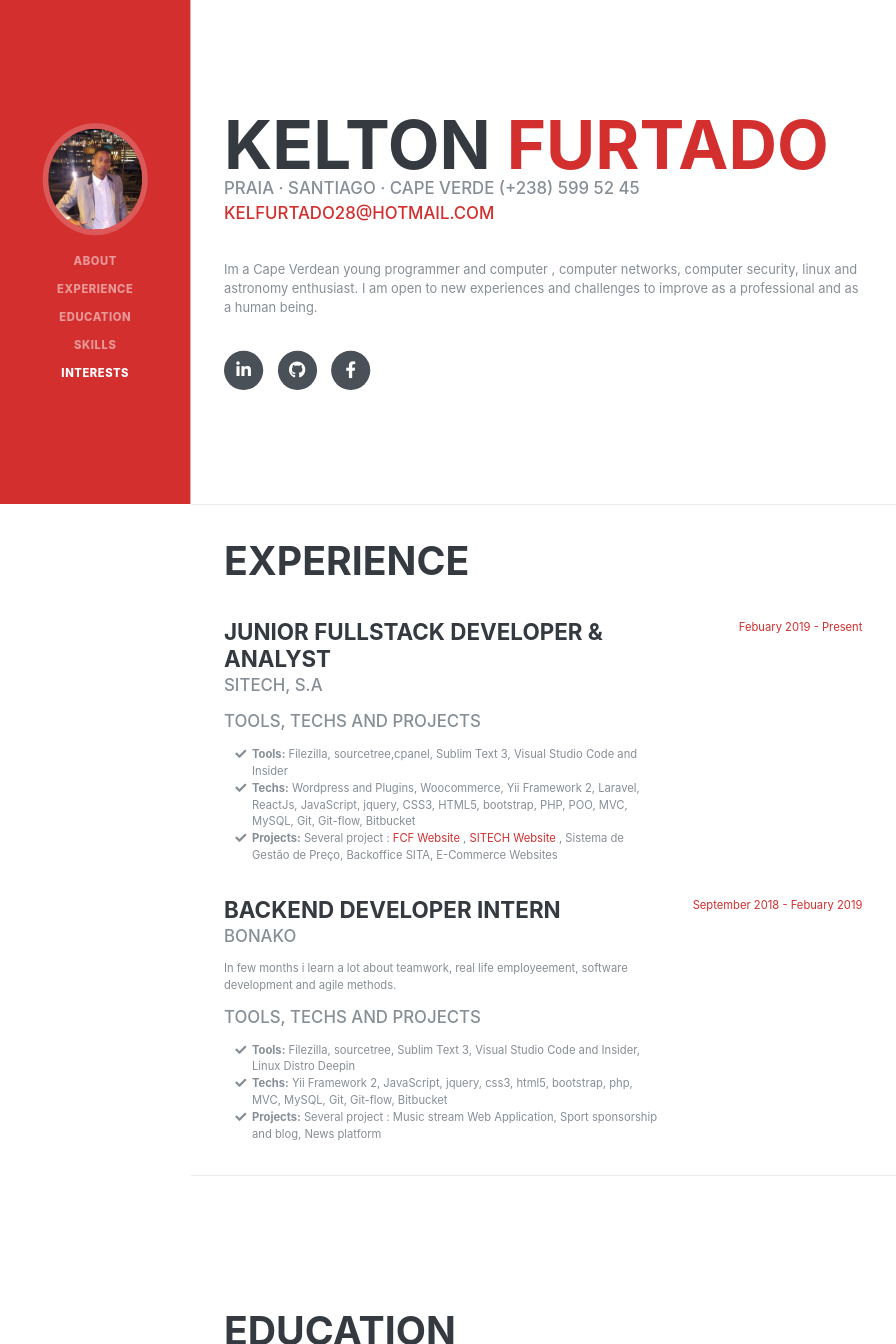
Repository: kcfurtado/kcfurtado.github.io
Page: index.html
An editor plug-in stored every save of this project. The page is shown before and after the next save, followed by the edit.
The browser window is 1280 px wide. The pictures show the part of the page from y = 0 to 1920 px (the page is 3843 px tall), at 70% of full size.
Some web fonts or font styles are not loaded; a fallback is used.

Above is the page before, as saved 2020-04-04 12:51:22.

After the next save:
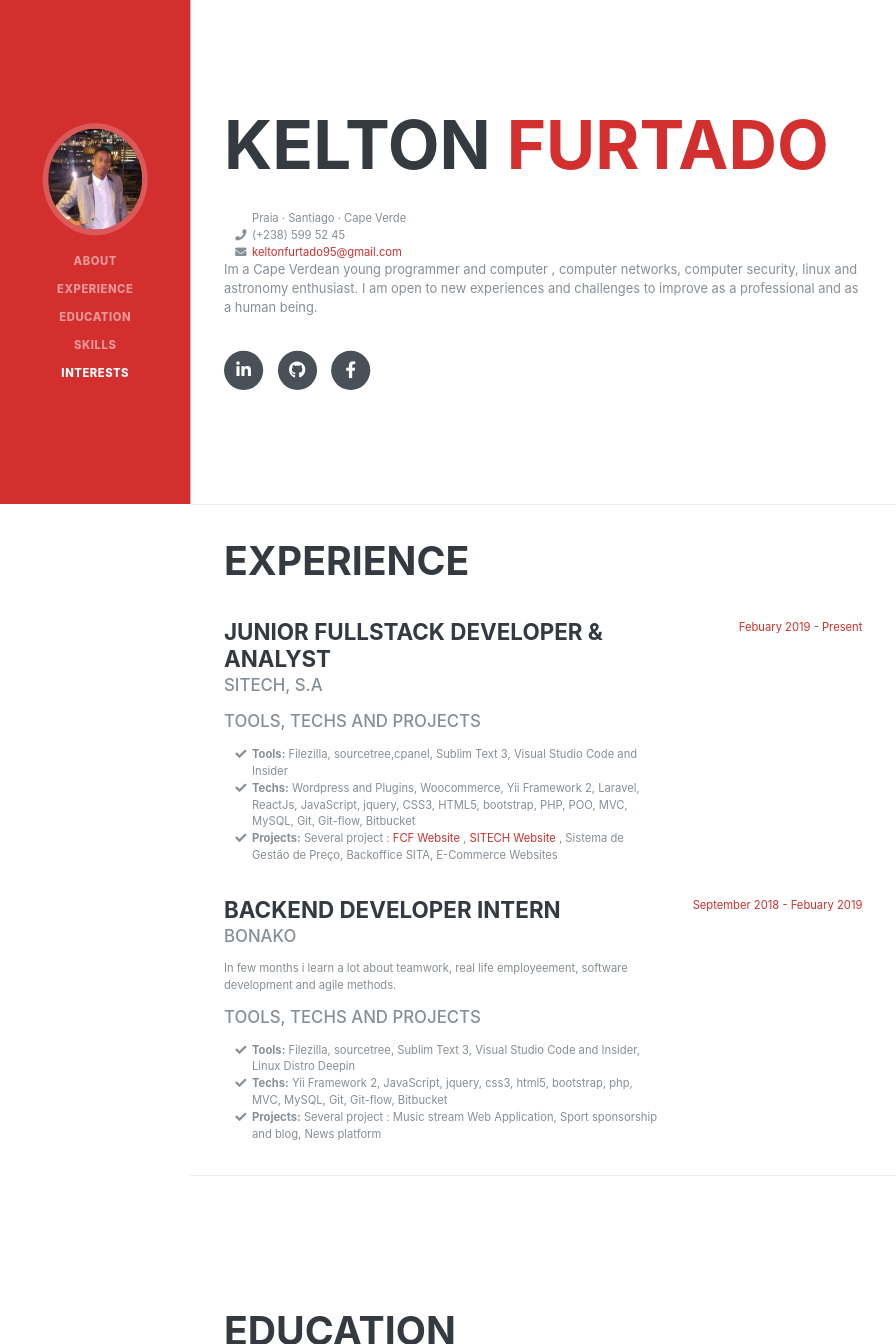
Saved 5 h 51 min later.
--- a/index.html
+++ b/index.html
@@ -66,9 +66,19 @@
         <h1 class="mb-0">Kelton
           <span class="text-primary">Furtado</span>
         </h1>
-        <div class="subheading mb-5">Praia · Santiago · Cape Verde (+238) 599 52 45
-          <a target="_blank" href="mailto:kelfurtado28@hotmail.com">kelfurtado28@hotmail.com</a>
-        </div>
+        <div class="subheading mb-5">
+        </div>
+        <ul class="fa-ul mb-0">
+          <li>
+            <i class="fa-li fa-map-marker-plus"></i> Praia · Santiago · Cape Verde
+          </li>
+          <li>
+            <i class="fa-li fa fa-phone"></i>(+238) 599 52 45
+          </li>
+          <li>
+            <i class="fa-li fa fa-envelope"></i> <a target="_blank" href="mailto:kelfurtado28@hotmail.com">keltonfurtado95@gmail.com</a>
+          </li>
+        </ul>
         <p class="lead mb-5">Im a Cape Verdean young programmer and computer , computer networks, computer security, linux and astronomy enthusiast. I am open to new experiences and challenges to improve as a professional and as a human being.</p>
         <div class="social-icons">
           <a target="_blank" href="https://linkedin.com/in/kelton-furtado">
